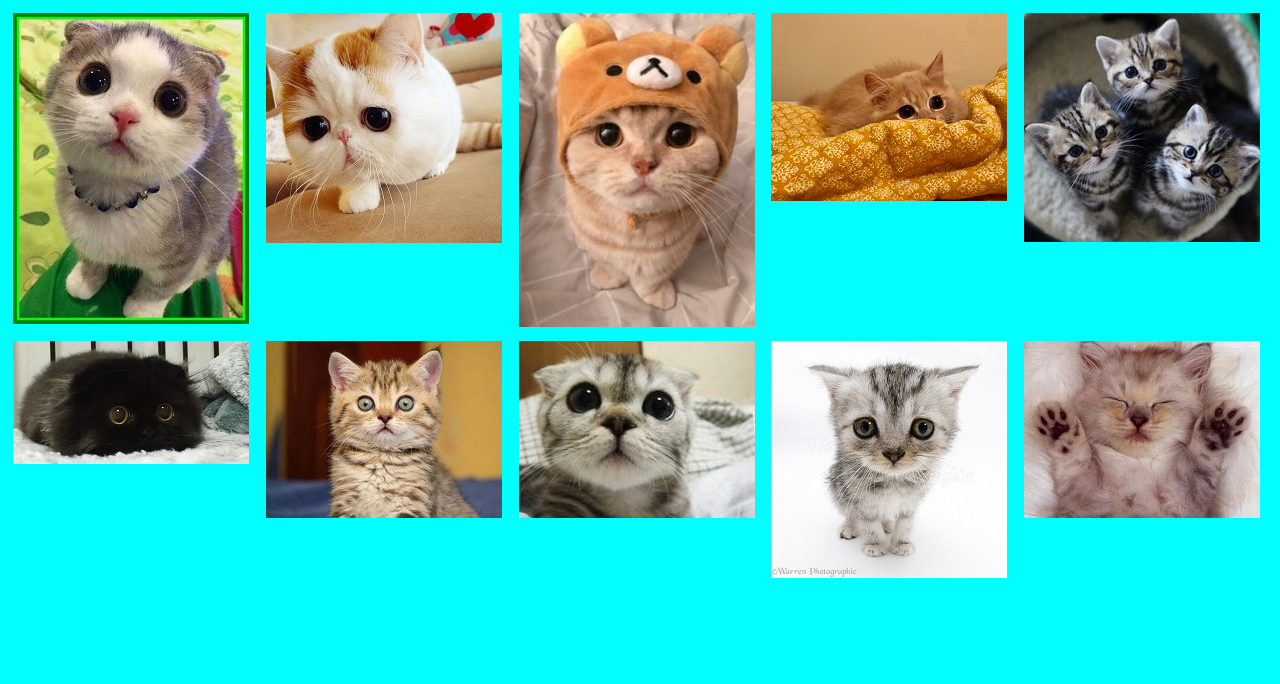
Repository: marcusmerrick/FlexBox
Page: index.html
The author's editor kept a copy of each file at every save. The page is drawn from the files as they stood at one save, then again after a run of saves.
The browser window is 1280 px wide. The pictures show the whole page.

Above is the page before, as saved 2020-07-17 13:07:34.

After the next 2 saves:
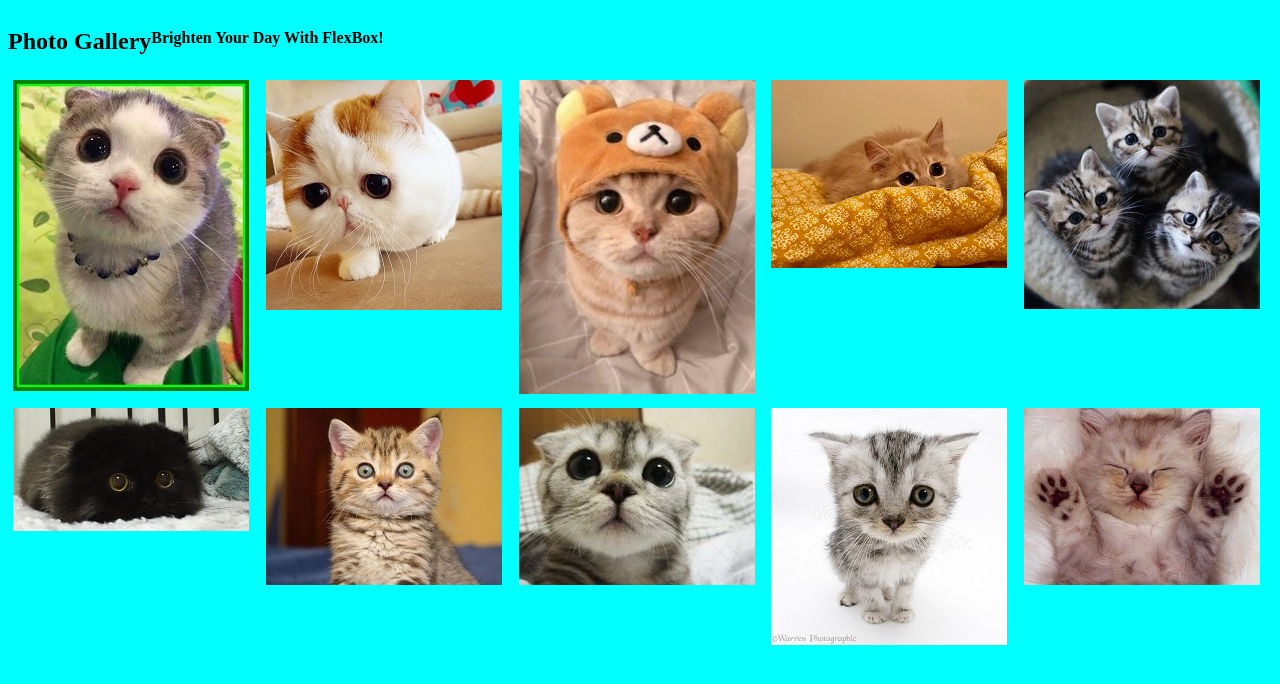
The 2 saves are shown as one change because they came seconds apart.
The last was saved 5 s later.
--- a/index.html
+++ b/index.html
@@ -7,7 +7,10 @@
     <title>FlexBox</title>
 </head>
 <body>
-
+    <div class="heading">
+        <h2>Photo Gallery</h2>
+        <h4>Brighten Your Day With FlexBox!</h4>
+    </div>
 
     <div class="picHolder">
 
